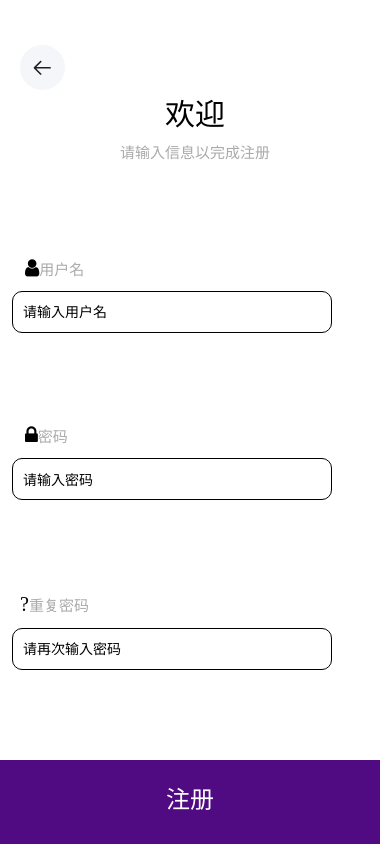
Repository: eyebone/barManager
Screen: /sign
An editor plug-in stored every save of this project. The screen is shown before and after a run of saves, followed by the edit.
The app was drawn by React Native's web renderer in a window 390 px wide. The project was rebuilt for these pictures with package versions that can differ from the ones it lists, and the page was loaded fresh each time. Some packages were replaced by stand-ins written for this rebuild. Also part of the build but not shown: components/EmojiPicker.js, components/Button.js, components/ImageViewer.js, components/circleButton.js, components/IconButton.js, view/ViewOne.js, view/Main.js.

Above is the screen before, as saved 2023-06-26 16:37:17.

After the next 2 saves:
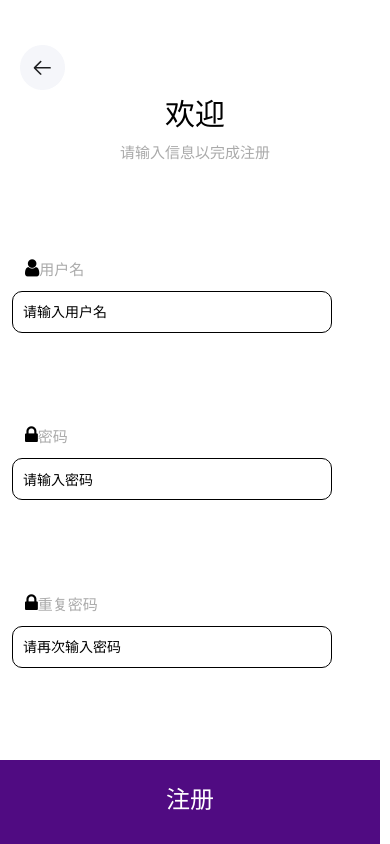
The 2 saves are shown as one change because they came seconds apart.
The last was saved 16 s later.
--- a/view/Sign.js
+++ b/view/Sign.js
@@ -70,7 +70,7 @@ export function SignView({ navigation }) {
         />
       </View>
       <View style={styles.inputBar}>
-        <FontAwesome name="lock1" size={20} style={{ marginLeft: 20 }}>
+        <FontAwesome name="lock" size={20} style={{ marginLeft: 25 }}>
           <Text style={styles.smallText}>重复密码</Text>
         </FontAwesome>
         <TextInput
